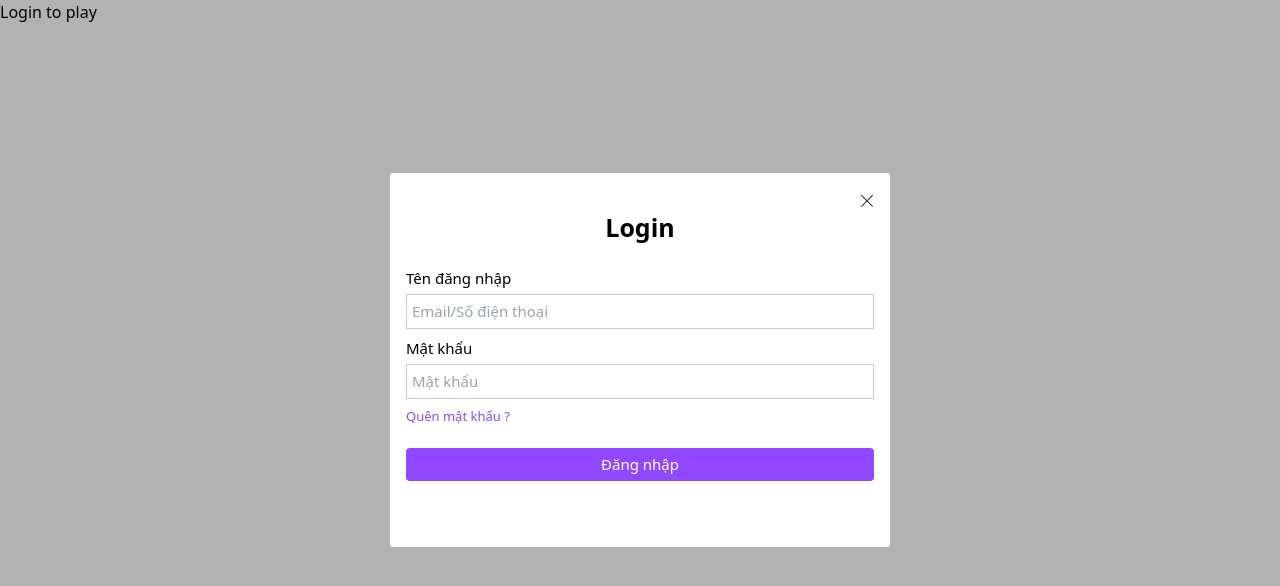
Repository: Teddy1705/demo_pj
Page: /
These files come from the project's save history. The page is drawn as it stood at one moment and after the next save; the edit follows.
The browser window is 1280 px wide. The pictures show the whole page.
The project was rebuilt for these pictures with package versions that can differ from the ones it lists, and the page was loaded fresh each time. Also part of the build but not shown: vite.config.js.

Above is the page before, as saved 2024-04-27 01:22:40.

### index.html
<!DOCTYPE html>
<html lang="en">
  <head>
    <meta charset="UTF-8" />
    <link rel="icon" type="image/svg+xml" href="/vite.svg" />
    <meta name="viewport" content="width=device-width, initial-scale=1.0" />
    <title>Tic Tac Toe</title>
    <link rel="stylesheet" href="./src/index.css" />
    <link
      rel="stylesheet"
      href="./src/assets/themify-icons/themify-icons.css"
    />
  </head>
  <body>
    <div id="root"></div>
    <script type="module" src="/src/main.jsx"></script>
  </body>
</html>

### src/index.css
:root {
  --white-color: #fff;
  --black-color: #000;
}

/*
1. Prevent padding and border from affecting element width. (https://github.com/mozdevs/cssremedy/issues/4)
2. Allow adding a border to an element by just adding a border-width. (https://github.com/tailwindcss/tailwindcss/pull/116)
*/

*,
::before,
::after {
  box-sizing: border-box;
  /* 1 */
  border-width: 0;
  /* 2 */
  border-style: solid;
  /* 2 */
  border-color: #e5e7eb;
  /* 2 */
}

::before,
::after {
  --tw-content: "";
}

/*
1. Use a consistent sensible line-height in all browsers.
2. Prevent adjustments of font size after orientation changes in iOS.
3. Use a more readable tab size.
4. Use the user's configured `sans` font-family by default.
5. Use the user's configured `sans` font-feature-settings by default.
6. Use the user's configured `sans` font-variation-settings by default.
7. Disable tap highlights on iOS
*/

html,
:host {
  line-height: 1.5;
  /* 1 */
  -webkit-text-size-adjust: 100%;
  /* 2 */
  -moz-tab-size: 4;
  /* 3 */
  -o-tab-size: 4;
  tab-size: 4;
  /* 3 */
  font-family: ui-sans-serif, system-ui, sans-serif, "Apple Color Emoji",
    "Segoe UI Emoji", "Segoe UI Symbol", "Noto Color Emoji";
  /* 4 */
  font-feature-settings: normal;
  /* 5 */
  font-variation-settings: normal;
  /* 6 */
  -webkit-tap-highlight-color: transparent;
  /* 7 */
}

/*
1. Remove the margin in all browsers.
2. Inherit line-height from `html` so users can set them as a class directly on the `html` element.
*/

body {
  margin: 0;
  /* 1 */
  line-height: inherit;
  /* 2 */
}

/*
1. Add the correct height in Firefox.
2. Correct the inheritance of border color in Firefox. (https://bugzilla.mozilla.org/show_bug.cgi?id=190655)
3. Ensure horizontal rules are visible by default.
*/

hr {
  height: 0;
  /* 1 */
  color: inherit;
  /* 2 */
  border-top-width: 1px;
  /* 3 */
}

/*
Add the correct text decoration in Chrome, Edge, and Safari.
*/

abbr:where([title]) {
  -webkit-text-decoration: underline dotted;
  text-decoration: underline dotted;
}

/*
Remove the default font size and weight for headings.
*/

h1,
h2,
h3,
h4,
h5,
h6 {
  font-size: inherit;
  font-weight: inherit;
}

/*
Reset links to optimize for opt-in styling instead of opt-out.
*/

a {
  color: inherit;
  text-decoration: inherit;
}

/*
Add the correct font weight in Edge and Safari.
*/

b,
strong {
  font-weight: bolder;
}

/*
1. Use the user's configured `mono` font-family by default.
2. Use the user's configured `mono` font-feature-settings by default.
3. Use the user's configured `mono` font-variation-settings by default.
4. Correct the odd `em` font sizing in all browsers.
*/

code,
kbd,
samp,
pre {
  font-family: ui-monospace, SFMono-Regular, Menlo, Monaco, Consolas,
    "Liberation Mono", "Courier New", monospace;
  /* 1 */
  font-feature-settings: normal;
  /* 2 */
  font-variation-settings: normal;
  /* 3 */
  font-size: 1em;
  /* 4 */
}

/*
Add the correct font size in all browsers.
*/

small {
  font-size: 80%;
}

/*
Prevent `sub` and `sup` elements from affecting the line height in all browsers.
*/

sub,
sup {
  font-size: 75%;
  line-height: 0;
  position: relative;
  vertical-align: baseline;
}

sub {
  bottom: -0.25em;
}

sup {
  top: -0.5em;
}

/*
1. Remove text indentation from table contents in Chrome and Safari. (https://bugs.chromium.org/p/chromium/issues/detail?id=999088, https://bugs.webkit.org/show_bug.cgi?id=201297)
2. Correct table border color inheritance in all Chrome and Safari. (https://bugs.chromium.org/p/chromium/issues/detail?id=935729, https://bugs.webkit.org/show_bug.cgi?id=195016)
3. Remove gaps between table borders by default.
*/

table {
  text-indent: 0;
  /* 1 */
  border-color: inherit;
  /* 2 */
  border-collapse: collapse;
  /* 3 */
}

/*
1. Change the font styles in all browsers.
2. Remove the margin in Firefox and Safari.
3. Remove default padding in all browsers.
*/

button,
input,
optgroup,
select,
textarea {
  font-family: inherit;
  /* 1 */
  font-feature-settings: inherit;
  /* 1 */
  font-variation-settings: inherit;
  /* 1 */
  font-size: 100%;
  /* 1 */
  font-weight: inherit;
  /* 1 */
  line-height: inherit;
  /* 1 */
  letter-spacing: inherit;
  /* 1 */
  color: inherit;
  /* 1 */
  margin: 0;
  /* 2 */
  padding: 0;
  /* 3 */
}

/*
Remove the inheritance of text transform in Edge and Firefox.
*/

button,
select {
  text-transform: none;
}

/*
1. Correct the inability to style clickable types in iOS and Safari.
2. Remove default button styles.
*/

button,
input:where([type="button"]),
input:where([type="reset"]),
input:where([type="submit"]) {
  -webkit-appearance: button;
  /* 1 */
  background-color: transparent;
  /* 2 */
  background-image: none;
  /* 2 */
}

/*
Use the modern Firefox focus style for all focusable elements.
*/

:-moz-focusring {
  outline: auto;
}

/*
Remove the additional `:invalid` styles in Firefox. (https://github.com/mozilla/gecko-dev/blob/2f9eacd9d3d995c937b4251a5557d95d494c9be1/layout/style/res/forms.css#L728-L737)
*/

:-moz-ui-invalid {
  box-shadow: none;
}

/*
Add the correct vertical alignment in Chrome and Firefox.
*/

progress {
  vertical-align: baseline;
}

/*
Correct the cursor style of increment and decrement buttons in Safari.
*/

::-webkit-inner-spin-button,
::-webkit-outer-spin-button {
  height: auto;
}

/*
1. Correct the odd appearance in Chrome and Safari.
2. Correct the outline style in Safari.
*/

[type="search"] {
  -webkit-appearance: textfield;
  /* 1 */
  outline-offset: -2px;
  /* 2 */
}

/*
Remove the inner padding in Chrome and Safari on macOS.
*/

::-webkit-search-decoration {
  -webkit-appearance: none;
}

/*
1. Correct the inability to style clickable types in iOS and Safari.
2. Change font properties to `inherit` in Safari.
*/

::-webkit-file-upload-button {
  -webkit-appearance: button;
  /* 1 */
  font: inherit;
  /* 2 */
}

/*
Add the correct display in Chrome and Safari.
*/

summary {
  display: list-item;
}

/*
Removes the default spacing and border for appropriate elements.
*/

blockquote,
dl,
dd,
h1,
h2,
h3,
h4,
h5,
h6,
hr,
figure,
p,
pre {
  margin: 0;
}

fieldset {
  margin: 0;
  padding: 0;
}

legend {
  padding: 0;
}

ol,
ul,
menu {
  list-style: none;
  margin: 0;
  padding: 0;
}

/*
Reset default styling for dialogs.
*/

dialog {
  padding: 0;
}

/*
Prevent resizing textareas horizontally by default.
*/

textarea {
  resize: vertical;
}

/*
1. Reset the default placeholder opacity in Firefox. (https://github.com/tailwindlabs/tailwindcss/issues/3300)
2. Set the default placeholder color to the user's configured gray 400 color.
*/

input::-moz-placeholder,
textarea::-moz-placeholder {
  opacity: 1;
  /* 1 */
  color: #9ca3af;
  /* 2 */
}

input::placeholder,
textarea::placeholder {
  opacity: 1;
  /* 1 */
  color: #9ca3af;
  /* 2 */
}

/*
Set the default cursor for buttons.
*/

button,
[role="button"] {
  cursor: pointer;
}

/*
Make sure disabled buttons don't get the pointer cursor.
*/

:disabled {
  cursor: default;
}

/*
1. Make replaced elements `display: block` by default. (https://github.com/mozdevs/cssremedy/issues/14)
2. Add `vertical-align: middle` to align replaced elements more sensibly by default. (https://github.com/jensimmons/cssremedy/issues/14#issuecomment-634934210)
   This can trigger a poorly considered lint error in some tools but is included by design.
*/

img,
svg,
video,
canvas,
audio,
iframe,
embed,
object {
  display: block;
  /* 1 */
  vertical-align: middle;
  /* 2 */
}

/*
Constrain images and videos to the parent width and preserve their intrinsic aspect ratio. (https://github.com/mozdevs/cssremedy/issues/14)
*/

img,
video {
  max-width: 100%;
  height: auto;
}

/* Make elements with the HTML hidden attribute stay hidden by default */

[hidden] {
  display: none;
}

*,
::before,
::after {
  --tw-border-spacing-x: 0;
  --tw-border-spacing-y: 0;
  --tw-translate-x: 0;
  --tw-translate-y: 0;
  --tw-rotate: 0;
  --tw-skew-x: 0;
  --tw-skew-y: 0;
  --tw-scale-x: 1;
  --tw-scale-y: 1;
  --tw-pan-x: ;
  --tw-pan-y: ;
  --tw-pinch-zoom: ;
  --tw-scroll-snap-strictness: proximity;
  --tw-gradient-from-position: ;
  --tw-gradient-via-position: ;
  --tw-gradient-to-position: ;
  --tw-ordinal: ;
  --tw-slashed-zero: ;
  --tw-numeric-figure: ;
  --tw-numeric-spacing: ;
  --tw-numeric-fraction: ;
  --tw-ring-inset: ;
  --tw-ring-offset-width: 0px;
  --tw-ring-offset-color: #fff;
  --tw-ring-color: rgb(59 130 246 / 0.5);
  --tw-ring-offset-shadow: 0 0 #0000;
  --tw-ring-shadow: 0 0 #0000;
  --tw-shadow: 0 0 #0000;
  --tw-shadow-colored: 0 0 #0000;
  --tw-blur: ;
  --tw-brightness: ;
  --tw-contrast: ;
  --tw-grayscale: ;
  --tw-hue-rotate: ;
  --tw-invert: ;
  --tw-saturate: ;
  --tw-sepia: ;
  --tw-drop-shadow: ;
  --tw-backdrop-blur: ;
  --tw-backdrop-brightness: ;
  --tw-backdrop-contrast: ;
  --tw-backdrop-grayscale: ;
  --tw-backdrop-hue-rotate: ;
  --tw-backdrop-invert: ;
  --tw-backdrop-opacity: ;
  --tw-backdrop-saturate: ;
  --tw-backdrop-sepia: ;
  --tw-contain-size: ;
  --tw-contain-layout: ;
  --tw-contain-paint: ;
  --tw-contain-style: ;
}

::backdrop {
  --tw-border-spacing-x: 0;
  --tw-border-spacing-y: 0;
  --tw-translate-x: 0;
  --tw-translate-y: 0;
  --tw-rotate: 0;
  --tw-skew-x: 0;
  --tw-skew-y: 0;
  --tw-scale-x: 1;
  --tw-scale-y: 1;
  --tw-pan-x: ;
  --tw-pan-y: ;
  --tw-pinch-zoom: ;
  --tw-scroll-snap-strictness: proximity;
  --tw-gradient-from-position: ;
  --tw-gradient-via-position: ;
  --tw-gradient-to-position: ;
  --tw-ordinal: ;
  --tw-slashed-zero: ;
  --tw-numeric-figure: ;
  --tw-numeric-spacing: ;
  --tw-numeric-fraction: ;
  --tw-ring-inset: ;
  --tw-ring-offset-width: 0px;
  --tw-ring-offset-color: #fff;
  --tw-ring-color: rgb(59 130 246 / 0.5);
  --tw-ring-offset-shadow: 0 0 #0000;
  --tw-ring-shadow: 0 0 #0000;
  --tw-shadow: 0 0 #0000;
  --tw-shadow-colored: 0 0 #0000;
  --tw-blur: ;
  --tw-brightness: ;
  --tw-contrast: ;
  --tw-grayscale: ;
  --tw-hue-rotate: ;
  --tw-invert: ;
  --tw-saturate: ;
  --tw-sepia: ;
  --tw-drop-shadow: ;
  --tw-backdrop-blur: ;
  --tw-backdrop-brightness: ;
  --tw-backdrop-contrast: ;
  --tw-backdrop-grayscale: ;
  --tw-backdrop-hue-rotate: ;
  --tw-backdrop-invert: ;
  --tw-backdrop-opacity: ;
  --tw-backdrop-saturate: ;
  --tw-backdrop-sepia: ;
  --tw-contain-size: ;
  --tw-contain-layout: ;
  --tw-contain-paint: ;
  --tw-contain-style: ;
}

.login-btn {
  background-color: #9147ff;
  color: #fff;
}

#modal {
  position: fixed;
  top: 0;
  right: 0;
  bottom: 0;
  left: 0;
  display: flex;
  align-items: center;
  justify-content: center;
}

#modal .modal__overlay {
  position: absolute;
  width: 100%;
  height: 100%;
  background-color: rgba(0, 0, 0, 0.3);
}

#modal .modal__body {
  position: relative;
  background-color: var(--white-color);
  margin: auto;
  width: 500px;
  min-height: 300px;
  padding: 16px;
  border-radius: 3px;
}

.auth-form__heading {
  font-size: 25px;
  font-weight: 700;
  text-align: center;
  margin: 20px 0;
}

.auth-form__close {
  position: absolute;
  top: 0;
  right: 0;
  font-size: 14px;
  padding: 18px 16px;
}

.auth-form__close:hover {
  background-color: #ccc;
  cursor: pointer;
}

.auth-form__info {
}

.auth-form__info-details {
}

.auth-form__label {
  display: block;
  font-size: 15px;
  font-weight: 500;
}

.auth-form__info-input {
  border: 1px solid #ccc;
  width: 100%;
  font-size: 15px;
  padding: 5px;
  margin: 5px 0 8px;
}

.auth-form__help {
  font-size: 13px;
  font-weight: 400;
  color: #9147ff;
  margin-bottom: 22px;
}

.auth-form__btn {
  width: 100%;
  background-color: #9147ff;
  color: #fff;
  font-size: 15px;
  font-weight: 500;
  padding: 5px;
  border-radius: 4px;
  margin-bottom: 50px;
}

### src/main.jsx
import React from "react";
import ReactDOM from "react-dom/client";
import App from "./App.jsx";
import { createBrowserRouter, RouterProvider } from "react-router-dom";
import Root from "./routes/root";
import "./index.css";

const router = createBrowserRouter([
  {
    path: "/",
    element: <Root />,
  },
]);

ReactDOM.createRoot(document.getElementById("root")).render(
  <React.StrictMode>
    <RouterProvider router={router} />
    <App />
  </React.StrictMode>
);

### src/routes/root.jsx
export default function Root() {
  // var btn = document.getElementById("js-login");

  // btn.onclick = function () {
  //   console.log("viec 1");
  // };

  return (
    <>
      <button id="login-btn js-login">Login to play</button>
      <div id="modal">
        <div className="modal__overlay"></div>
        <div className="modal__body">
          <h1 className="auth-form__heading">Login</h1>
          <div className="auth-form__close">
            <i className="ti-close"></i>
          </div>
          <div className="auth-form__info">
            <div className="auth-form__info-details">
              <label htmlFor="" className="auth-form__label">
                Tên đăng nhập
              </label>
              <input
                type="text"
                className="auth-form__info-input"
                placeholder="Email/Số điện thoại"
              />
            </div>
            <div className="auth-form__info-details">
              <label htmlFor="" className="auth-form__label">
                Mật khẩu
              </label>
              <input
                type="password"
                className="auth-form__info-input"
                placeholder="Mật khẩu"
              />
            </div>
          </div>
          <div className="auth-form__help">Quên mật khẩu ?</div>
          <button className="auth-form__btn">
            <a
              href={`https://codesandbox.io/s/q2z497?file=%2Fsrc%2FApp.js&utm_medium=sandpack`}
              className=""
            >
              Đăng nhập
            </a>
          </button>
        </div>
      </div>
      <div id="detail"></div>
    </>
  );
}

Loaded but not shown: src/assets/themify-icons/themify-icons.css (common file); src/App.jsx (common file)

After the next save:
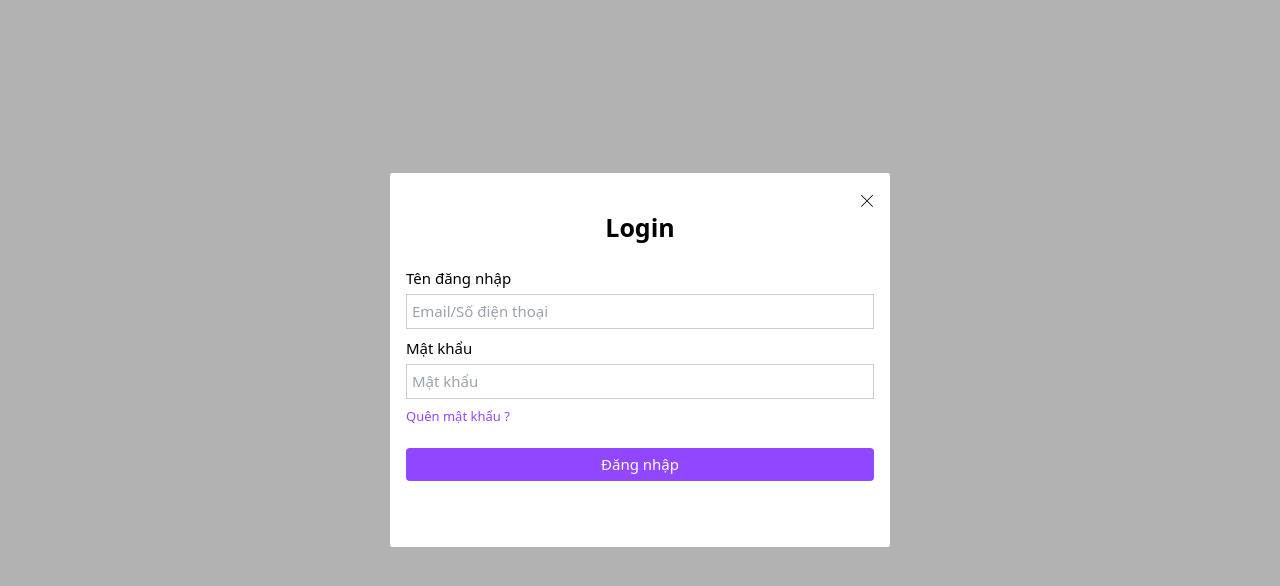
Saved 10 s later.
--- a/src/routes/root.jsx
+++ b/src/routes/root.jsx
@@ -7,7 +7,6 @@ export default function Root() {
 
   return (
     <>
-      <button id="login-btn js-login">Login to play</button>
       <div id="modal">
         <div className="modal__overlay"></div>
         <div className="modal__body">
